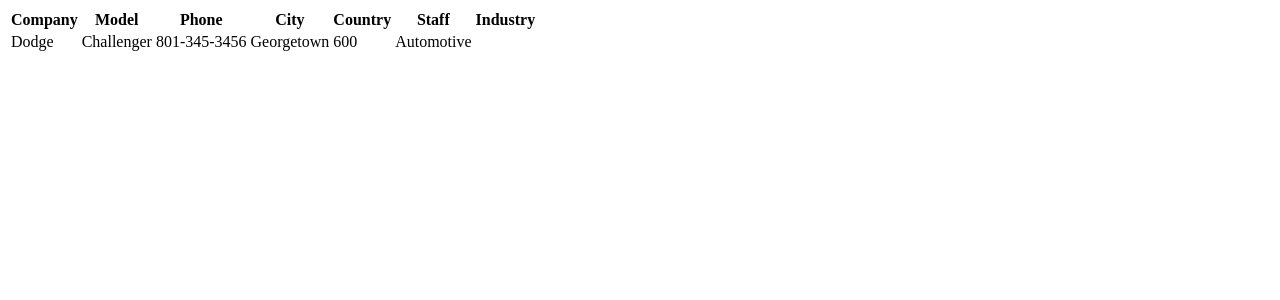
Repository: vgoins-RA2022/HTML-2
Page: index.html
The author's editor kept a copy of each file at every save. The page is drawn from the files as they stood at one save, then again after the next save.
The browser window is 1280 px wide. The pictures show the whole page.

Above is the page before, as saved 2023-01-10 18:45:40.

After the next save:
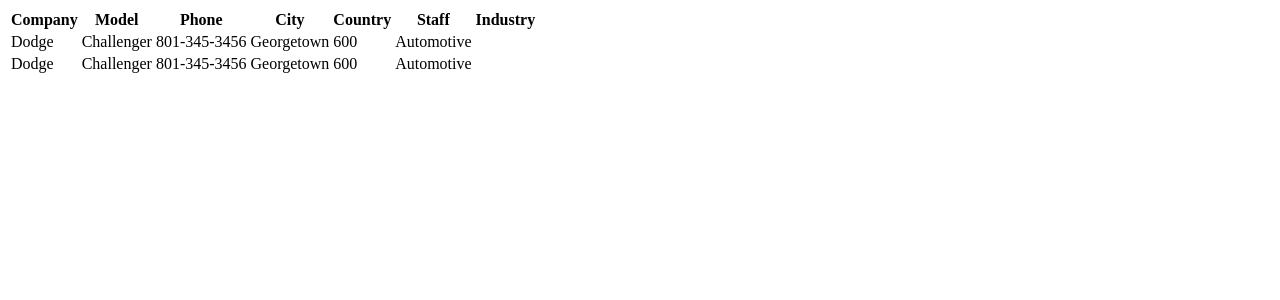
Saved 4 s later.
--- a/index.html
+++ b/index.html
@@ -33,7 +33,14 @@
         <td>600</td>
         <td>Automotive</td>
       </tr>
-
+      <tr>
+        <td>Dodge</td>
+        <td>Challenger</td>
+        <td>801-345-3456</td>
+        <td>Georgetown</td>
+        <td>600</td>
+        <td>Automotive</td>
+      </tr>
     </tbody>
   </table>
 
